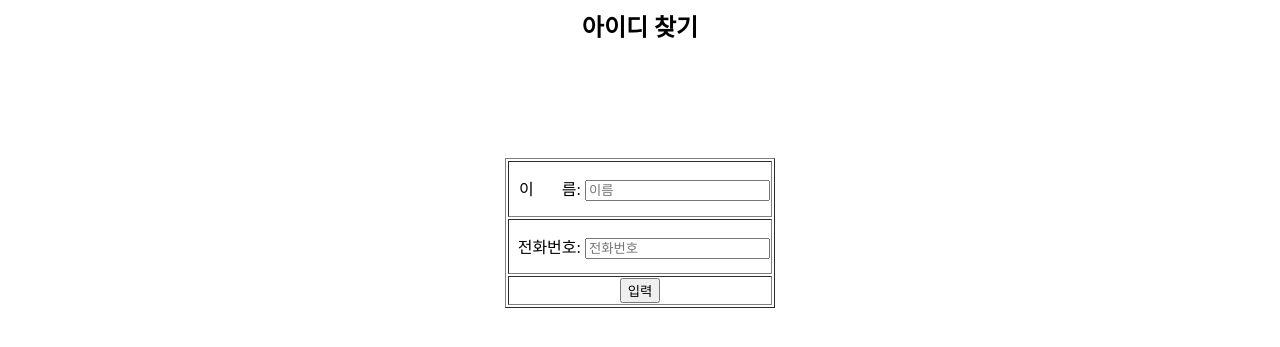
Repository: leeseokh/jquery
Page: workspace/MemberPj/WebContent/html/아디, 비번 찾기/id찾기.html
The author's editor kept a copy of each file at every save. The page is drawn from the files as they stood at one save, then again after the next save.
The browser window is 1280 px wide. The pictures show the whole page.

Above is the page before, as saved 2021-06-18 00:13:30.

### workspace/MemberPj/WebContent/html/아디, 비번 찾기/id찾기.html
<!DOCTYPE html>
<html>
<head>
	<meta charset="UTF-8">
	<title>Insert title here</title>
	<style type="text/css">
		#td1, #td2 {
			text-align:right;

		}
		table, h2{
			width:270px;
			height:150px;
			margin:auto;
			text-align: center;
		}
	</style>
</head>
<body>
	<form action="id_do" method="post">
		<h2>아이디 찾기</h2>
		<table border="1">
			<tbody>
				<tr>
					<td id="td1">
						이&nbsp;&nbsp;&nbsp;&nbsp;&nbsp;&nbsp; 름: <input type="text" name="mem_name" required="required" placeholder="이름">
					</td>
				</tr>
				<tr>
					<td id="td2">
						전화번호: <input type="text" name="mem_tel" required="required" placeholder="전화번호">
					</td>
				</tr>
			</tbody>
			<tfoot>
            <tr>
               <td align="center" colspan="2">
                  <input type="submit" value="입력">
               </td>
            </tr>
         </tfoot>
		</table>

	</form>
</body>
</html>

After the next save:
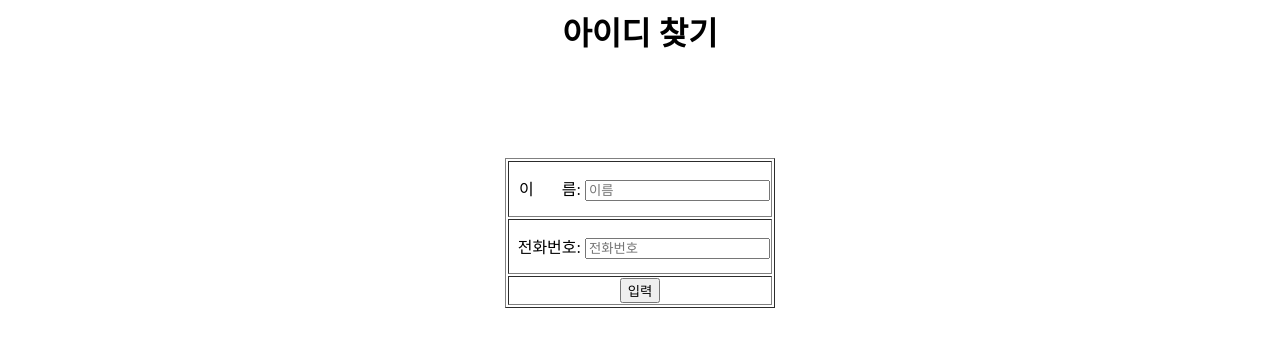
Saved 16 s later.
--- a/workspace/MemberPj/WebContent/html/아디, 비번 찾기/id찾기.html
+++ b/workspace/MemberPj/WebContent/html/아디, 비번 찾기/id찾기.html
@@ -8,7 +8,7 @@
 			text-align:right;
 
 		}
-		table, h2{
+		table, h1{
 			width:270px;
 			height:150px;
 			margin:auto;
@@ -18,7 +18,7 @@
 </head>
 <body>
 	<form action="id_do" method="post">
-		<h2>아이디 찾기</h2>
+		<h1>아이디 찾기</h1>
 		<table border="1">
 			<tbody>
 				<tr>
